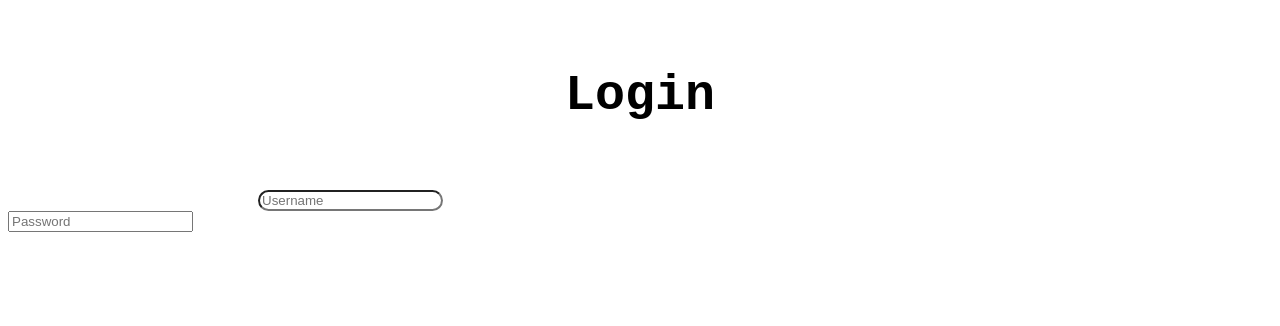
Repository: yhung004/TUTORIAL_PAGE
Page: log_in.html
These files come from the project's save history. The page is drawn as it stood at one moment and after the next save; the edit follows.
The browser window is 1280 px wide. The pictures show the whole page.

Above is the page before, as saved 2024-04-10 12:13:22.

After the next save:
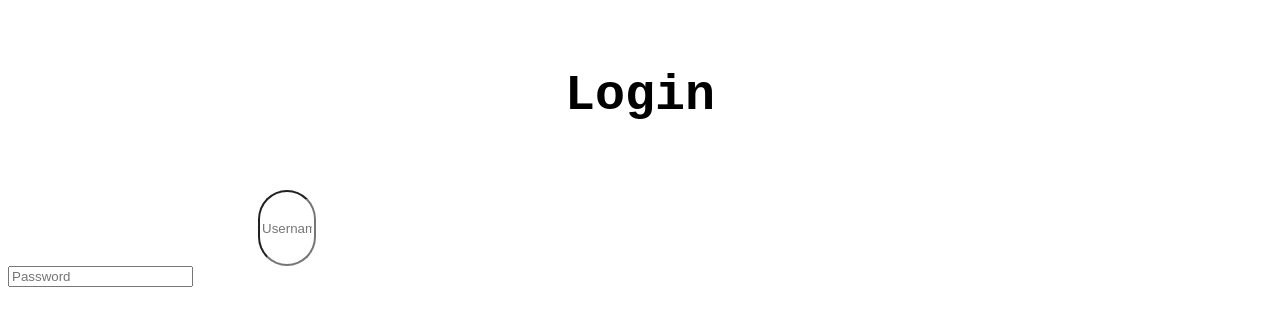
Saved 21 s later.
--- a/main.css
+++ b/main.css
@@ -48,4 +48,6 @@ a.button_a1 {
     position: relative;
     border-radius: 30px;
     left: 250px;
+    width: 50px;
+    height: 70px;
 }
